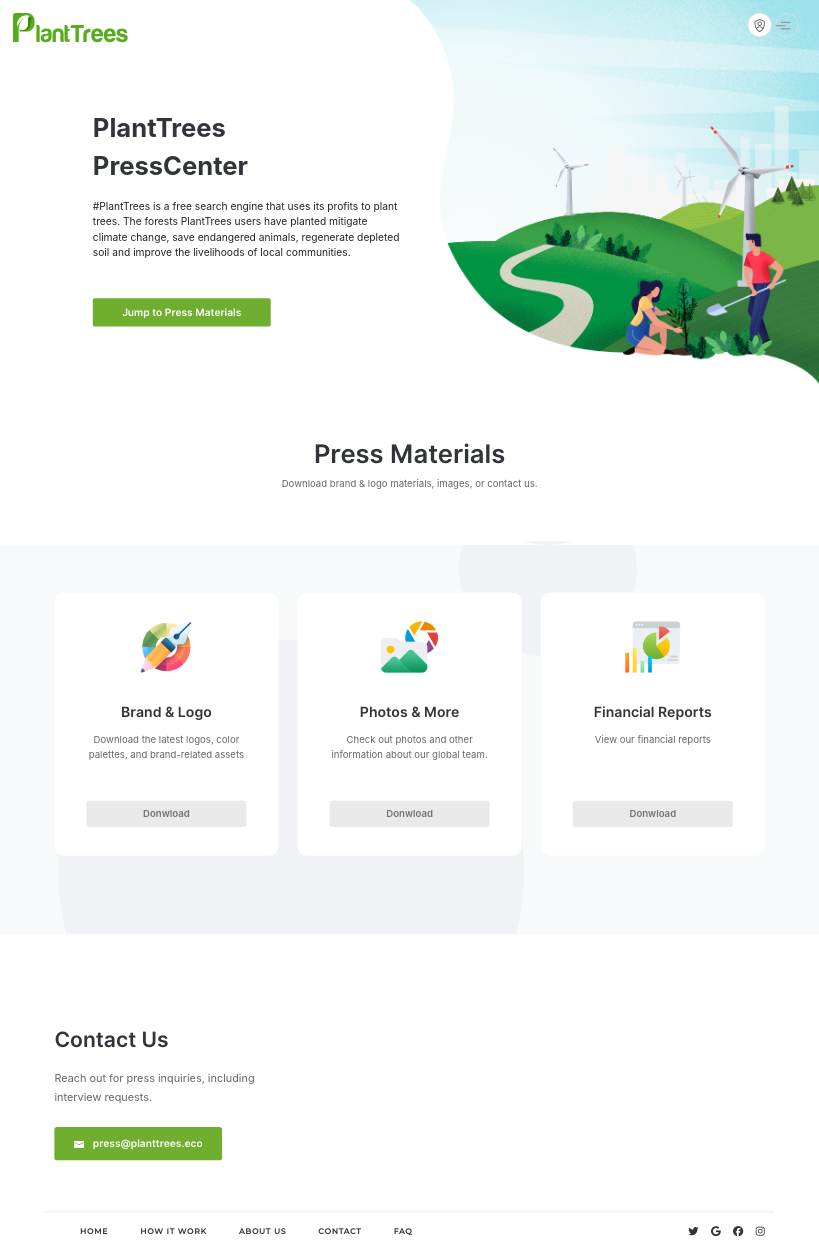
Repository: caothaito/b6g6
Page: bogo/privacy.html
The author's editor kept a copy of each file at every save. The page is drawn from the files as they stood at one save, then again after the next save.
The browser window is 1280 px wide. The pictures show the whole page, at 64% of full size.
Some web libraries are served in a nearby version. The style sheet was rebuilt from its Sass, Less or Tailwind sources for each picture, by a compiler version that may differ from the author's.

Above is the page before, as saved 2020-09-11 16:27:16.

### bogo/privacy.html
<!DOCTYPE html>
<html lang="en">

<head>
    <meta charset="UTF-8">
    <meta name="viewport" content="width=device-width, initial-scale=1.0">
    <title>Document</title>
    <link rel="stylesheet" href="https://maxcdn.bootstrapcdn.com/bootstrap/4.0.0/css/bootstrap.min.css"
        integrity="sha384-Gn5384xqQ1aoWXA+058RXPxPg6fy4IWvTNh0E263XmFcJlSAwiGgFAW/dAiS6JXm" crossorigin="anonymous">

    <script src="https://ajax.googleapis.com/ajax/libs/jquery/3.5.1/jquery.min.js"></script>
    <!-- ==============fontawesome=== -->
    <script src="https://kit.fontawesome.com/c28984a6f5.js" crossorigin="anonymous"></script>
    <!-- ================owl================== -->
    <link rel="stylesheet" href="owlcarousel/assets/owl.carousel.min.css">
    <link rel="stylesheet" href="owlcarousel/assets/owl.theme.default.min.css">
    <script src="owlcarousel/owl.carousel.min.js"></script>

    <!-- =========================== -->
    <link rel="stylesheet" href="./assets/css/style.css">
    <link rel="stylesheet" href="./assets/css/media.css">
</head>

<body>
    <div class="plant-trees-main main-contact-us float-left w-100">
        <div class="plant-trees-home  float-left w-100">
            <div class="plant-trees-home-searchTop float-left w-100 ">
                <a href="#" class="plant-trees-topLogo" id="topLogo">
                    <img src="./assets/images/logo.svg" alt="" class="plant-trees-logo">
                </a>
                <div class="plant-trees-searchRight float-right ">
                    <div class="plant-trees-account">
                        <div class="plant-trees-account-info" style="display:none">
                            <div class="item float-left ">
                                <div class="icon float-left">
                                    <img src="./assets/images/square.svg" alt="square.svg">
                                </div>
                                <div class="content float-right">
                                    <div class="title">Get Our App & Extension</div>
                                    <div class="desc">Protect your date on every device.</div>
                                </div>
                            </div>
                            <div class="item float-left ">
                                <div class="icon float-left">
                                    <img src="./assets/images/file.svg" alt="file.svg">
                                </div>
                                <div class="content float-right">
                                    <div class="title">Your searches are private</div>
                                    <div class="desc">We don't need to know what you do online. We don't record them.
                                    </div>
                                </div>
                            </div>
                            <div class="item float-left ">
                                <div class="icon float-left">
                                    <img src="./assets/images/browser.svg" alt="browser.svg">
                                </div>
                                <div class="content float-right">
                                    <div class="title">Your Searches Are Encrypted</div>
                                    <div class="desc">We protect your search behavior with encrypted connection.</div>
                                </div>
                            </div>
                            <div class="item float-left ">
                                <div class="icon float-left">
                                    <img src="./assets/images/secret-file.svg" alt="secret-file.svg">
                                </div>
                                <div class="content float-right">
                                    <div class="title">No tracking. No profiling</div>
                                    <div class="desc">We block hidden third-party trackers. We don't sell user's date.
                                    </div>
                                </div>
                            </div>
                        </div>
                    </div>
                    <div class="plant-trees-menu-mobile float-right">
                        <div class="nav-toggle">
                            <div class="nav-toggle-bar"></div>
                        </div>
                        <nav class="nav">
                            <ul>
                                <li class="menu-item menu-item-settings">
                                    <div class="wrap-link-item">
                                        <a href="#" title="Settings">Settings</a></div>
                                    <ul class="submenu">
                                        <li>
                                            <a href="#" title="Themes">Themes</a>
                                        </li>
                                        <li>
                                            <a href="#" title="Other settings">Other settings</a></li>
                                        <li>
                                            <a href="#" title="!Bang Search Shortcuts">!Bang SearchShortcuts</a>
                                        </li>
                                    </ul>
                                </li>

                            </ul>
                        </nav>
                    </div>
                </div>
            </div>
        </div>
    </div>

    <div class="plant-trees-press float-left w-100">
        <div class="plant-trees-pressCenter float-left w-100">
            <div class="col-lg-6 col-md-6 float-left w-100  ">
                <div class="plant-pressLeft  float-right">
                    <div class="plant-trees-title">
                        <div>PlantTrees</div>
                        <div>PressCenter</div>
                    </div>
                    <div class="plant-trees-desc">
                        #PlantTrees is a free search engine that uses its profits to plant trees. The forests PlantTrees
                        users have planted mitigate climate change, save endangered animals, regenerate depleted soil
                        and improve the livelihoods of local communities.
                    </div>
                    <a href="#" class="plant-trees-add ">
                        <div>Jump to Press Materials</div>
                    </a>
                </div>

            </div>
            <div class="col-lg-6 col-md-6  ">
                <div class="plant-tressRight">
                    <img src="./assets/images/press-center/press.png" alt="">
                </div>
            </div>
        </div>
    </div>

    <div class="plant-trees-pressMaterials mt-5 float-left w-100">
        <div class="plant-pressMaterials-title text-center float-left w-100">
            Press Materials
        </div>
        <div class="plant-pressMaterials-desc text-center float-left w-100">
            Download brand & logo materials, images, or contact us.
        </div>
        <div class="plant-pressMaterials-wrap    float-left w-100">
            <div class="container">
                <div class="row">
                    <div class="col-lg-4 col-md-4 col-sm-12 mb-5 plant-trees-flex float-left w-100">
                        <div class="plant-pressMaterial-item text-center float-left w-100">
                            <div class="material-icon ">
                                <img src="./assets/images/press-center/graphic-design.png" alt="">
                            </div>
                            <div class="material-title  ">
                                Brand & Logo
                            </div>
                            <div class="material-desc  ">
                                Download the latest logos, color palettes, and brand-related assets
                            </div>
                            <div class="material-btn  ">
                                <a href="#">Donwload</a>
                            </div>
                        </div>
                    </div>
                    <div class="col-lg-4 col-md-4 col-sm-12 mb-5 plant-trees-flex float-left w-100">
                        <div class="plant-pressMaterial-item text-center float-left w-100">
                            <div class="material-icon ">
                                <img src="./assets/images/press-center/gallery.png" alt="">
                            </div>
                            <div class="material-title  ">

                                Photos & More

                            </div>
                            <div class="material-desc  ">

                                Check out photos and other information about our global team.
                            </div>
                            <div class="material-btn  ">
                                <a href="#">Donwload</a>
                            </div>
                        </div>
                    </div>
                    <div class="col-lg-4 col-md-4 col-sm-12 mb-5 plant-trees-flex float-left w-100">
                        <div class="plant-pressMaterial-item text-center float-left w-100">
                            <div class="material-icon ">
                                <img src="./assets/images/press-center/result.png" alt="">
                            </div>
                            <div class="material-title  ">

                                Financial Reports

                            </div>
                            <div class="material-desc  ">

                                View our financial reports
                            </div>
                            <div class="material-btn  ">
                                <a href="#">Donwload</a>
                            </div>
                        </div>
                    </div>
                </div>
            </div>
        </div>
    </div>

    <div class="plant-trees-contact float-left w-100">
        <div class="container">
            <div class="row">
                <div class="col-lg-6 col-md-6 col-sm-12 float-left ">
                    <div class="plant-trees-contactLeft float-right w-100">
                        <div class="plant-contactLeft-title">

                            Contact Us

                        </div>
                        <div class="plant-contactLeft-desc">
                            Reach out for press inquiries, including interview requests.
                        </div>
                        <div class="plant-contactLeft-email">
                            <a href="#">
                                press@planttrees.eco
                            </a>
                        </div>
                    </div>
                    <div class="plant-trees-contactRight float-left w-100">

                    </div>
                </div>
            </div>
        </div>
    </div>





    <!-- ====footer=== -->
    <footer class="footer-home float-left w-100">
        <div class="wrap">
            <div class="container">
                <div class="row">

                    <div class="footer-top float-left w-100">
                        <div class="footer-top-left col-md-7 col-sm-12 col-xs-12">
                            <ul>
                                <li><a href="#">HOME</a></li>
                                <li><a href="#">How it work</a></li>
                                <li><a href="#">About Us</a></li>
                                <li><a href="#">Contact</a></li>
                                <li><a href="#">FAQ</a></li>
                            </ul>
                        </div>
                        <div class="footer-top-right col-md-5 col-sm-12 col-xs-12">
                            <a href="#"><i class="fab fa-twitter"></i></a>
                            <a href="#"><i class="fab fa-google"></i></a>
                            <a href="#"><i class="fab fa-facebook"></i></a>
                            <a href="#"><i class="fab fa-instagram"></i></a>
                        </div>
                    </div>
                </div>

            </div>
        </div>
    </footer>


    <script>
        $(document).ready(function () {
            $(".plant-trees-account").click(function () {
                $(".plant-trees-account-info").slideToggle();
            })
        })

        $('.owl-carousel').owlCarousel({
            loop: true,
            margin: 10,
            responsiveClass: true,
            nav: true,
            responsive: {
                0: {
                    items: 2
                },
                480: {
                    items: 2
                },
                768: {
                    items: 3,
                },
                1000: {
                    items: 3,
                }
            }
        })
    </script>
</body>

<script src="https://cdnjs.cloudflare.com/ajax/libs/popper.js/1.12.9/umd/popper.min.js"
    integrity="sha384-ApNbgh9B+Y1QKtv3Rn7W3mgPxhU9K/ScQsAP7hUibX39j7fakFPskvXusvfa0b4Q" crossorigin="anonymous">
</script>
<script src="https://maxcdn.bootstrapcdn.com/bootstrap/4.0.0/js/bootstrap.min.js"
    integrity="sha384-JZR6Spejh4U02d8jOt6vLEHfe/JQGiRRSQQxSfFWpi1MquVdAyjUar5+76PVCmYl" crossorigin="anonymous">
</script>
<script src="./assets/js/main.js"></script>

</html>

### bogo/assets/css/media.scss
@mixin respond($breakpoint) {
    @if $breakpoint==phone {
        @media (max-width: 600px) {
            @content
        }

        ; //600px
    }

    @if $breakpoint==tab-port {
        @media (max-width: 900px) {
            @content
        }

        ; //900px
    }

    @if $breakpoint==tab-land {
        @media (max-width: 1200px) {
            @content
        }

        ; //1200px
    }

    @if $breakpoint==big-desktop {
        @media (min-width: 1800px) {
            @content
        }

        ; //1800px
    }
}

@font-face {
    font-family: Inter;
    src: url("../fonts/Inter-SemiBold_5a940f143aafecbf00719f75eea1dd90.otf");
}


.plant-trees-press {
    @include respond(tab-port) {
        background-image: url('../images/press-center/press.png');
        display: inline-block;
        background-position: center;
        background-repeat: no-repeat;
    }

    .plant-trees-pressCenter {

        .plant-pressLeft {
            max-width: 480px;
            padding: 170px 0 225px;

            @include respond(tab-land) {
                margin-left: 30px;
            }

            .plant-trees-title {
                color: #31343a;
                margin-bottom: 20px;
                font-weight: 700;
                font-size: 40px;
                font-size: 2.5rem;
            }

            .plant-trees-add {
                position: absolute;
                color: #fff;
                padding: 10px;
                min-width: 278px;
                max-width: 278px;
                text-align: center;
                font-size: 16px;
                margin-bottom: 15px;
                border-radius: 3px;
                background-color: #6fae2e;
                font-family: Inter;
                margin-top: 60px;
            }
        }

        .plant-tressRight {
            @include respond(tab-port) {
                display: none;
            }

            img {
                position: absolute;
            }
        }
    }
}

.plant-trees-pressMaterials {
    .plant-pressMaterials-title {
        color: #31343a;
        padding: 0 12px 5px;
        font-weight: 700;
        font-size: 40px;
        font-size: 2.5rem;
        font-family: Inter;
    }

    .plant-pressMaterials-desc {
        color: #666;
        min-height: 72px;
        line-height: 1.6;
        margin-bottom: 35px;
        font-weight: 400;
        font-size: 15px;
        font-size: .9375rem;
    }

    .plant-pressMaterials-wrap {
        z-index: 1;
        padding: 75px 0;
        position: relative;
        background-color: #f7f9fa;

        &:before {
            position: absolute;
            z-index: 1;
            content: '';
            top: -5px;
            right: 285px;
            width: 278px;
            height: 181px;
            transform: rotate(180deg);
            background-size: contain;
            background-image: url(../images/oval-md@2x.svg);
        }

        &:after {
            position: absolute;
            z-index: 1;
            content: '';
            bottom: 0;
            left: 91px;
            width: 728px;
            height: 460px;
            background-image: url(../images/oval-md@2x.svg);

            @include respond(tab-port) {
                width: 60%;
                max-width: 100%;
            }
        }


        .plant-trees-flex {
            z-index: 2;

            .plant-pressMaterial-item {
                z-index: 5;
                height: 100%;
                cursor: pointer;
                padding: 45px 50px;
                background-color: #fff;
                border-radius: 14px;
                transition: all .3s ease-in-out;

                &:hover {
                    transition: all .3s ease-in-out;
                    -webkit-box-shadow: -2px 13px 30px 2px rgba(0, 0, 0, .1);
                    -ms-box-shadow: -2px 13px 30px 2px rgba(0, 0, 0, .1);
                    -o-box-shadow: -2px 13px 30px 2px rgba(0, 0, 0, .1);
                    -moz-box-shadow: -2px 13px 30px 2px rgba(0, 0, 0, .1);
                    box-shadow: -2px 13px 30px 2px rgba(0, 0, 0, .1);
                }

                .material-icon {
                    margin-bottom: 45px;
                }

                .material-title {
                    color: #31343a;
                    margin-bottom: 15px;
                    font-weight: 700;
                    font-size: 22px;
                    font-size: 1.375rem;
                    font-family: Inter;
                }

                .material-desc {
                    color: #666;
                    min-height: 72px;
                    line-height: 1.6;
                    margin-bottom: 35px;
                    font-weight: 400;
                    font-size: 15px;
                    font-size: .9375rem;
                }

                .material-btn {


                    a {
                        float: left;
                        width: 100%;
                        color: #737373;
                        padding: 9px 15px;
                        text-align: center;
                        background-color: #e9e9e9;
                        font-weight: 600;
                        font-size: 15px;
                        border-radius: 4px;
                        text-decoration: none;

                        &:hover {
                            color: #fff;
                            background-color: #6fae2e;
                        }
                    }
                }
            }
        }

    }
}

.plant-trees-contact {
    padding: 80px 0 30px;

    .plant-trees-contactLeft {
        .plant-contactLeft-title {
            color: #31343a;
            margin: 60px 0 20px;
            font-weight: 700;
            font-size: 33px;
            font-family: Inter;
        }

        .plant-contactLeft-desc {
            color: #666;
            max-width: 350px;
            line-height: 1.82;
            margin-bottom: 30px;
            font-weight: 400;
            font-size: 17px;
        }

        .plant-contactLeft-email {
            a {
                color: #fff;
                padding: 14px 30px 14px 60px;
                text-align: center;
                position: relative;
                display: inline-block;
                text-decoration: none;
                border-radius: 4px;
                -ms-border-radius: 4px;
                -moz-border-radius: 4px;
                -webkit-border-radius: 4px;
                -o-border-radius: 4px;
                background-color: #6fae2e;
                font-family: Inter;
                &::before{
                    top: 19px;
                    left: 30px;
                    content: '';
                    width: 17px;
                    height: 13px;
                    position: absolute;
                    background-size: 100%;
                    background-repeat: no-repeat;
                    background-image: url(../images/press-center/inbox.svg);
                }
            }
        }
    }
}

Loaded but not shown: bogo/owlcarousel/assets/owl.carousel.min.css (library); bogo/owlcarousel/assets/owl.theme.default.min.css (common file); bogo/owlcarousel/owl.carousel.min.js (library); bogo/assets/js/main.js (33 lines, source omitted); bogo/assets/css/style.scss (742 lines, source omitted)

After the next save:
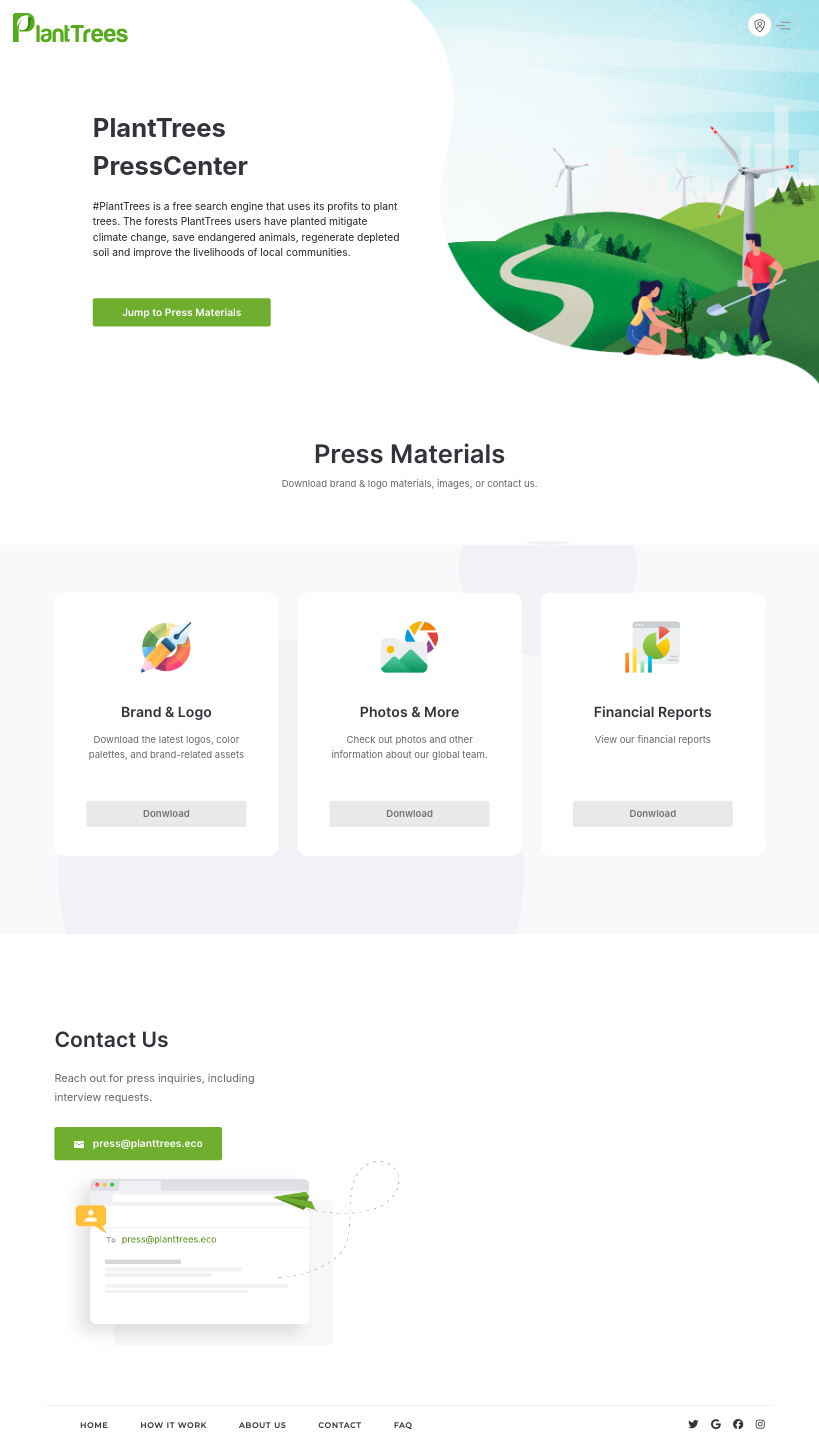
Saved 40 s later.
--- a/bogo/privacy.html
+++ b/bogo/privacy.html
@@ -216,7 +216,7 @@
                         </div>
                     </div>
                     <div class="plant-trees-contactRight float-left w-100">
-
+                        <img src="assets/images/press-center/new-email.png" alt="new-email.png">
                     </div>
                 </div>
             </div>
